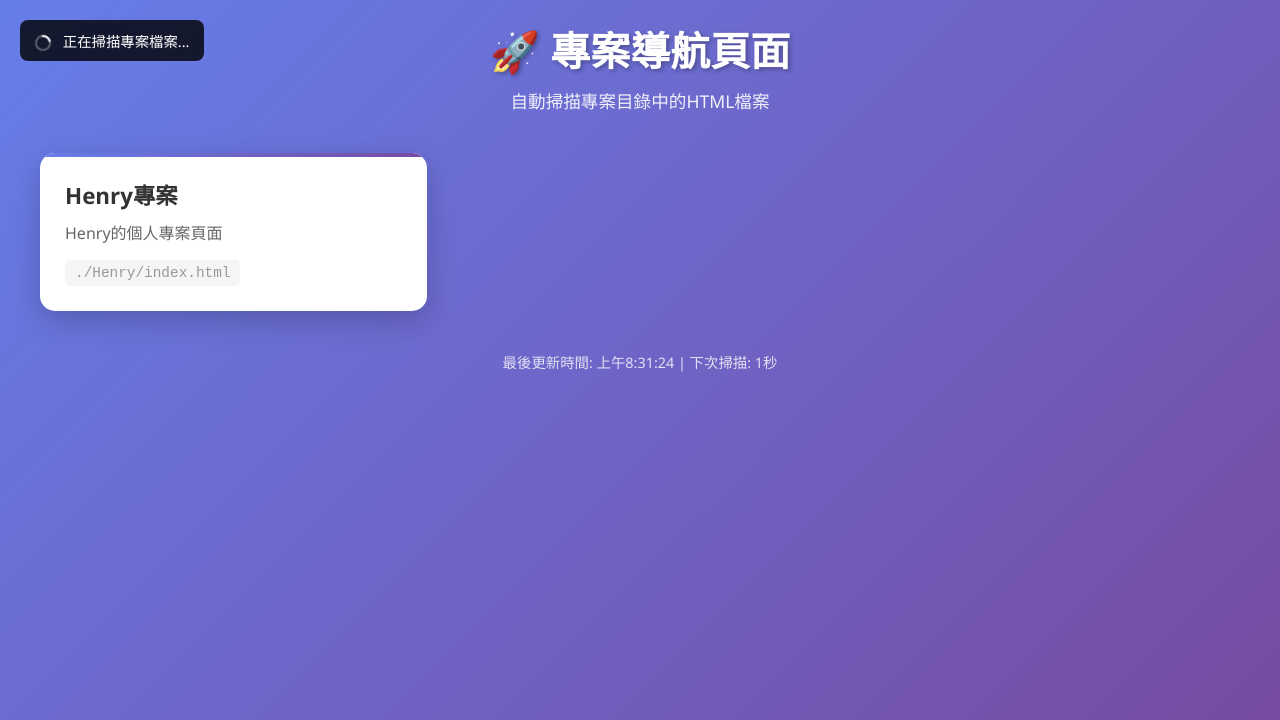
Repository: HenryLin0914/demo1023
Page: index.html
These files come from the project's save history. The page is drawn as it stood at one moment and after a run of saves; the edit follows.
The browser window is 1280 px wide. The pictures show the whole page.

Above is the page before, as saved 2025-10-22 16:58:51.

### index.html
<!DOCTYPE html>
<html lang="zh-TW">
<head>
    <meta charset="UTF-8">
    <meta name="viewport" content="width=device-width, initial-scale=1.0">
    <title>專案導航頁面</title>
    <style>
        * {
            margin: 0;
            padding: 0;
            box-sizing: border-box;
        }

        body {
            font-family: 'Segoe UI', Tahoma, Geneva, Verdana, sans-serif;
            background: linear-gradient(135deg, #667eea 0%, #764ba2 100%);
            min-height: 100vh;
            padding: 20px;
        }

        .container {
            max-width: 1200px;
            margin: 0 auto;
        }

        .header {
            text-align: center;
            color: white;
            margin-bottom: 40px;
        }

        .header h1 {
            font-size: 2.5rem;
            margin-bottom: 10px;
            text-shadow: 2px 2px 4px rgba(0,0,0,0.3);
        }

        .header p {
            font-size: 1.1rem;
            opacity: 0.9;
        }

        .cards-container {
            display: grid;
            grid-template-columns: repeat(auto-fill, minmax(300px, 1fr));
            gap: 20px;
            margin-bottom: 40px;
        }

        .card {
            background: white;
            border-radius: 15px;
            padding: 25px;
            box-shadow: 0 10px 30px rgba(0,0,0,0.2);
            transition: all 0.3s ease;
            cursor: pointer;
            position: relative;
            overflow: hidden;
        }

        .card::before {
            content: '';
            position: absolute;
            top: 0;
            left: 0;
            right: 0;
            height: 4px;
            background: linear-gradient(90deg, #667eea, #764ba2);
        }

        .card:hover {
            transform: translateY(-5px);
            box-shadow: 0 20px 40px rgba(0,0,0,0.3);
        }

        .card-title {
            font-size: 1.4rem;
            color: #333;
            margin-bottom: 10px;
            font-weight: 600;
        }

        .card-description {
            color: #666;
            margin-bottom: 15px;
            line-height: 1.5;
        }

        .card-path {
            font-size: 0.9rem;
            color: #999;
            font-family: 'Courier New', monospace;
            background: #f5f5f5;
            padding: 5px 10px;
            border-radius: 5px;
            display: inline-block;
        }

        .status {
            text-align: center;
            color: white;
            margin-top: 20px;
            font-size: 0.9rem;
            opacity: 0.8;
        }

        .loading {
            display: none;
            position: fixed;
            top: 20px;
            left: 20px;
            background: rgba(0,0,0,0.8);
            color: white;
            padding: 10px 15px;
            border-radius: 8px;
            font-size: 0.9rem;
            z-index: 1000;
            backdrop-filter: blur(10px);
        }

        .spinner {
            border: 2px solid rgba(255,255,255,0.3);
            border-radius: 50%;
            border-top: 2px solid white;
            width: 16px;
            height: 16px;
            animation: spin 1s linear infinite;
            display: inline-block;
            margin-right: 8px;
            vertical-align: middle;
        }

        @keyframes spin {
            0% { transform: rotate(0deg); }
            100% { transform: rotate(360deg); }
        }

        .empty-state {
            text-align: center;
            color: white;
            padding: 40px;
            background: rgba(255,255,255,0.1);
            border-radius: 15px;
            backdrop-filter: blur(10px);
        }

        .empty-state h3 {
            margin-bottom: 10px;
            font-size: 1.5rem;
        }

        .empty-state p {
            opacity: 0.8;
        }
    </style>
</head>
<body>
    <div class="container">
        <div class="header">
            <h1>🚀 專案導航頁面</h1>
            <p>自動掃描專案目錄中的HTML檔案</p>
        </div>

        <div class="loading" id="loading">
            <div class="spinner"></div>
            正在掃描專案檔案...
        </div>

        <div class="cards-container" id="cardsContainer">
            <!-- 卡片將在這裡動態生成 -->
        </div>

        <div class="status" id="status">
            最後更新時間: <span id="lastUpdate">-</span> | 下次掃描: <span id="nextScan">-</span>
        </div>
    </div>

    <script>
        let scanInterval;
        let nextScanTime = 0;

        // 掃描專案目錄中的index.html檔案
        async function scanProjects() {
            const loading = document.getElementById('loading');
            const cardsContainer = document.getElementById('cardsContainer');
            const lastUpdate = document.getElementById('lastUpdate');
            const nextScan = document.getElementById('nextScan');

            loading.style.display = 'block';

            try {
                // 模擬掃描過程（實際應用中這裡會是API調用）
                await new Promise(resolve => setTimeout(resolve, 1000));

                // 獲取當前時間
                const now = new Date();
                lastUpdate.textContent = now.toLocaleTimeString('zh-TW');

                // 模擬發現的專案（實際應用中會從後端API獲取）
                const projects = [
                    {
                        name: 'Henry專案',
                        description: 'Henry的個人專案頁面',
                        path: './Henry/index.html',
                        lastModified: '2024-10-22'
                    }
                ];

                // 清空現有卡片
                cardsContainer.innerHTML = '';

                if (projects.length === 0) {
                    cardsContainer.innerHTML = `
                        <div class="empty-state">
                            <h3>📁 暫無專案檔案</h3>
                            <p>在專案目錄中建立index.html檔案後，它們會自動出現在這裡</p>
                        </div>
                    `;
                } else {
                    // 生成專案卡片
                    projects.forEach(project => {
                        const card = document.createElement('div');
                        card.className = 'card';
                        card.onclick = () => window.open(project.path, '_blank');

                        card.innerHTML = `
                            <div class="card-title">${project.name}</div>
                            <div class="card-description">${project.description}</div>
                            <div class="card-path">${project.path}</div>
                        `;

                        cardsContainer.appendChild(card);
                    });
                }

                // 設定下次掃描時間
                nextScanTime = Date.now() + 5000;
                updateNextScanTime();

            } catch (error) {
                console.error('掃描專案時發生錯誤:', error);
                cardsContainer.innerHTML = `
                    <div class="empty-state">
                        <h3>❌ 掃描失敗</h3>
                        <p>無法掃描專案目錄，請檢查檔案權限</p>
                    </div>
                `;
            } finally {
                loading.style.display = 'none';
            }
        }

        // 更新下次掃描時間顯示
        function updateNextScanTime() {
            const nextScan = document.getElementById('nextScan');
            const now = Date.now();
            const timeLeft = Math.max(0, Math.ceil((nextScanTime - now) / 1000));

            if (timeLeft > 0) {
                nextScan.textContent = `${timeLeft}秒`;
            } else {
                nextScan.textContent = '即將掃描';
            }
        }

        // 開始自動掃描
        function startAutoScan() {
            // 立即執行一次掃描
            scanProjects();

            // 設定每5秒掃描一次
            scanInterval = setInterval(() => {
                scanProjects();
            }, 5000);

            // 每秒更新倒數計時
            setInterval(updateNextScanTime, 1000);
        }

        // 停止自動掃描
        function stopAutoScan() {
            if (scanInterval) {
                clearInterval(scanInterval);
                scanInterval = null;
            }
        }

        // 頁面載入完成後開始掃描
        document.addEventListener('DOMContentLoaded', () => {
            startAutoScan();
        });

        // 頁面卸載時停止掃描
        window.addEventListener('beforeunload', () => {
            stopAutoScan();
        });
    </script>
</body>
</html>

After the next 3 saves:
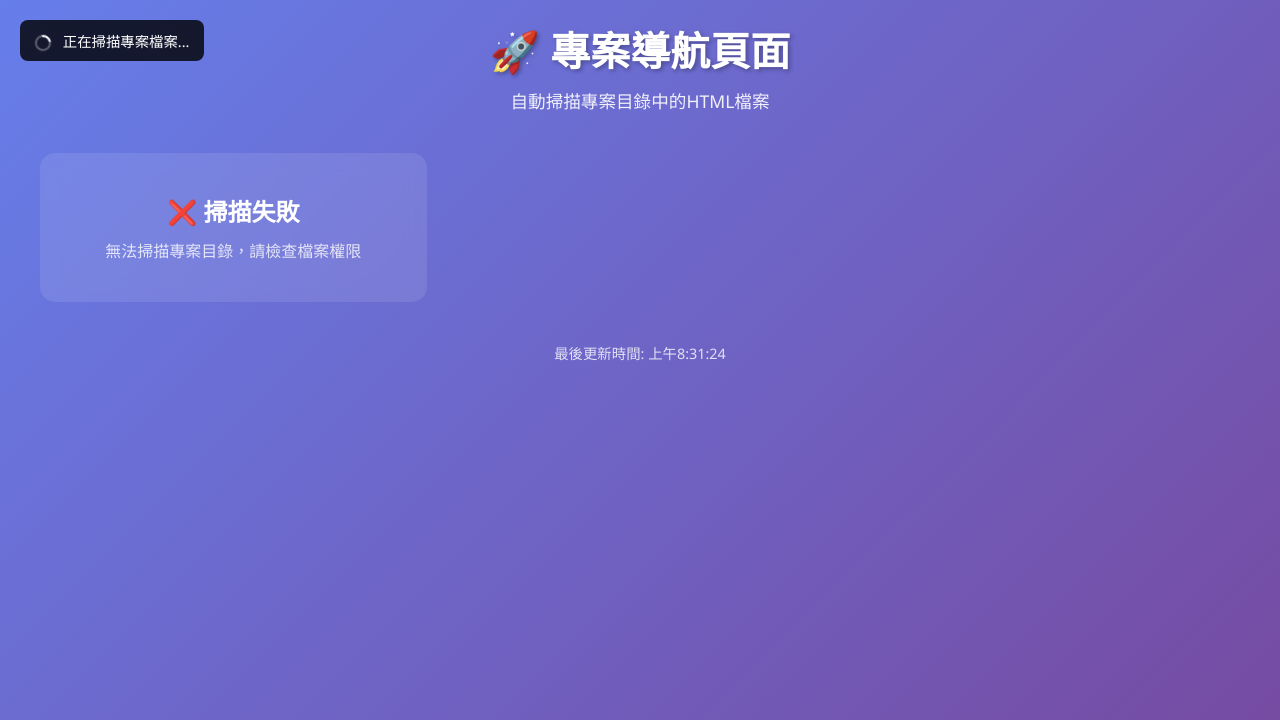
The 3 saves are shown as one change because they came seconds apart.
The last was saved 55 s later.
--- a/index.html
+++ b/index.html
@@ -171,7 +171,7 @@
         </div>
 
         <div class="status" id="status">
-            最後更新時間: <span id="lastUpdate">-</span> | 下次掃描: <span id="nextScan">-</span>
+            最後更新時間: <span id="lastUpdate">-</span>
         </div>
     </div>
 
@@ -250,18 +250,6 @@
             }
         }
 
-        // 更新下次掃描時間顯示
-        function updateNextScanTime() {
-            const nextScan = document.getElementById('nextScan');
-            const now = Date.now();
-            const timeLeft = Math.max(0, Math.ceil((nextScanTime - now) / 1000));
-
-            if (timeLeft > 0) {
-                nextScan.textContent = `${timeLeft}秒`;
-            } else {
-                nextScan.textContent = '即將掃描';
-            }
-        }
 
         // 開始自動掃描
         function startAutoScan() {
@@ -272,9 +260,6 @@
             scanInterval = setInterval(() => {
                 scanProjects();
             }, 5000);
-
-            // 每秒更新倒數計時
-            setInterval(updateNextScanTime, 1000);
         }
 
         // 停止自動掃描

After the 2 saves that followed:
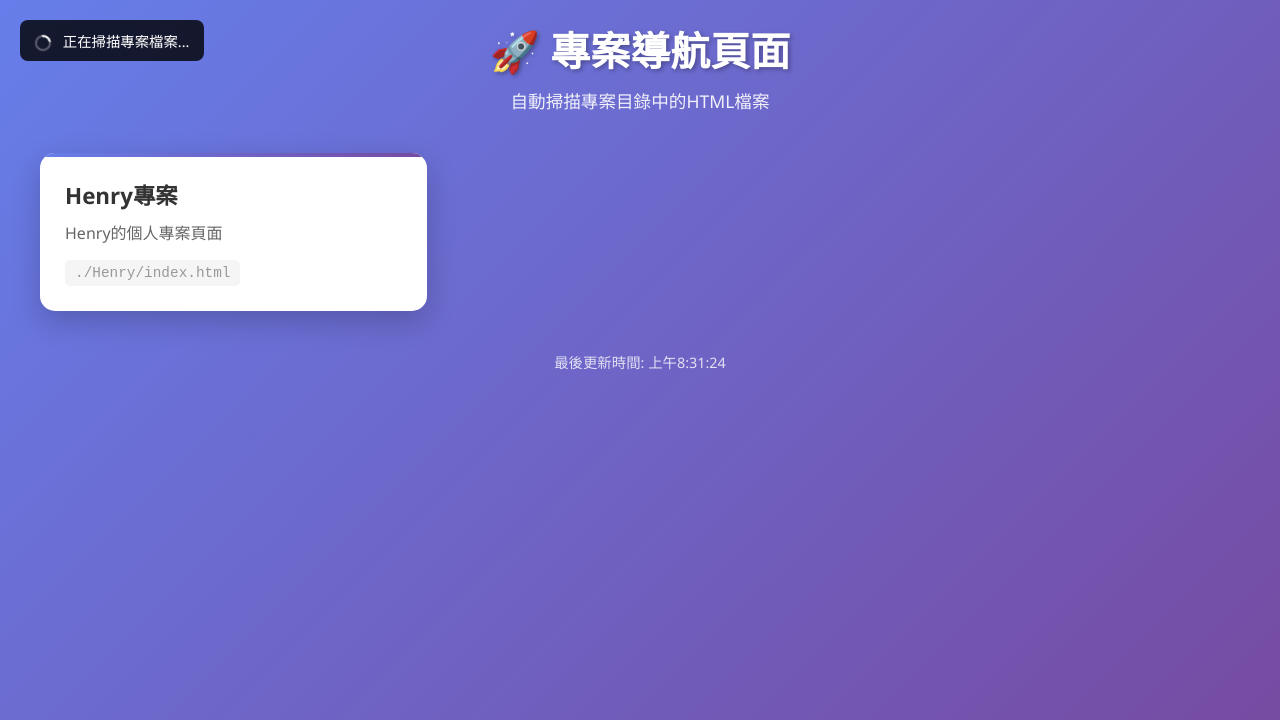
The 2 saves are shown as one change because 1 left the picture as it was.
The last was saved 15 s later.
--- a/index.html
+++ b/index.html
@@ -177,7 +177,6 @@
 
     <script>
         let scanInterval;
-        let nextScanTime = 0;
 
         // 掃描專案目錄中的index.html檔案
         async function scanProjects() {
@@ -233,9 +232,6 @@
                     });
                 }
 
-                // 設定下次掃描時間
-                nextScanTime = Date.now() + 5000;
-                updateNextScanTime();
 
             } catch (error) {
                 console.error('掃描專案時發生錯誤:', error);
